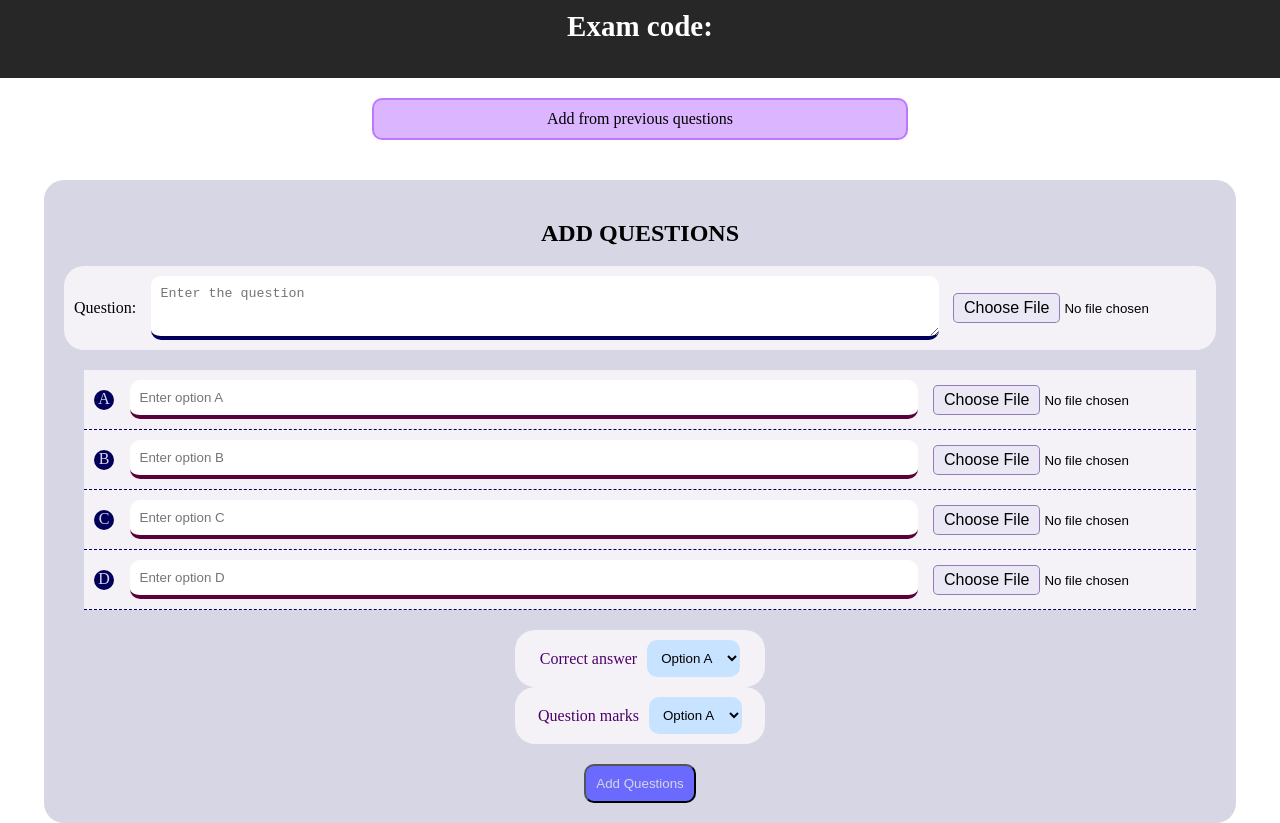
Repository: Buddhadip/ExamPortalApp_struts
Page: http://localhost/ExamWizard/WEB-INF/views/addQuestions.jsp
These files come from the project's save history. The page is drawn as it stood at one moment and after the next save; the edit follows.
The browser window is 1280 px wide. The pictures show the whole page.
The page is served by Tomcat 9. Nobody is signed in. Other server files are loaded and not shown. The template is opened directly, without the code that normally fills it, so the values that code supplies are empty.

Above is the page before, as saved 2023-07-19 10:45:59.

### ExamWizard/src/main/webapp/WEB-INF/views/addQuestions.jsp
<%@ page language="java" contentType="text/html; charset=ISO-8859-1"
    pageEncoding="ISO-8859-1"%>
<!DOCTYPE html>
<html>
<head>
<meta charset="ISO-8859-1">
<title>Add Questions</title>
<link rel="stylesheet" href="public/styles/addQuestions.css" />
</head>
<body>
    <div id="header">Exam code:  ${eid} </div>
    <div class="more-qs">
      <a href="./allQuestions">Add from previous questions</a>
    </div>
    <div>
      <form id="mcq-form">
        <input

              type="text"
              id="option-a-image"
              name="eid"
              value= "${eid}"
              style="display:none;"
            />
        <div class="question-container">
          <h2 style="text-align: center">ADD QUESTIONS</h2>
          <div class="question-section">
            <label for="question1">Question:</label>
            <textarea
              type="text"
              id="question1"
              name="q-text"
              placeholder="Enter the question"
              oninput="autoResizeTextarea(this)"
              required
            ></textarea>
            <input
              class="file-input"
              type="file"
              id="option-a-image"
              name="q-image"
              onchange="handleFileInputChange(this)"
            />
            <!-- <img id="preview-image" class="preview-image" src="" alt="Preview Image" /> -->
          </div>

          <div class="option-section">
            <div class="option">
              <label for="option-a">
              	<div class="round-option">A</div>
              </label>
              <input
                type="text"
                class="option-input"
                id="option-a-text"
                name="option-a-text"
                placeholder="Enter option A"
                required
              />
              <input
                class="file-input"
                type="file"
                id="option-a-image"
                name="option-a-image"
                onchange="handleFileInputChange(this)"
              />
            </div>

            <div class="option">
              <label for="option-b"><div class="round-option">B</div></label>
              <input
                type="text"
                class="option-input"
                id="option-b-text"
                name="option-b-text"
                placeholder="Enter option B"
                required
              />
              <input
                class="file-input"
                type="file"
                id="option-b-image"
                name="option-b-image"
                onchange="handleFileInputChange(this)"
              />
            </div>

            <div class="option">
              <label for="option-c"><div class="round-option">C</div></label>
              <input
                type="text"
                class="option-input"
                id="option-c-text"
                name="option-c-text"
                placeholder="Enter option C"
                required
              />
              <input
                class="file-input"
                type="file"
                id="option-c-image"
                name="option-c-image"
                onchange="handleFileInputChange(this)"
              />
            </div>

            <div class="option">
              <label for="option-d"><div class="round-option">D</div></label>
              <input
                type="text"
                class="option-input"
                id="option-d-text"
                name="option-d-text"
                placeholder="Enter option D"
                required
              />
              <input
                class="file-input"
                type="file"
                id="option-d-image"
                name="option-d-image"
                onchange="handleFileInputChange(this)"
              />
            </div>
          </div>
          <div class="correct-option">
            <label for="answer">Correct answer</label>
            <select class="custom-select" name="answer" id="answer">
              <option value="a">Option A</option>
              <option value="b">Option B</option>
              <option value="c">Option C</option>
              <option value="d">Option D</option>
            </select>
          </div>
          <div class="correct-option">
            <label for="answer">Question marks</label>
            <select class="custom-select" name="marks" id="answer">
              <option value="a">Option A</option>
              <option value="b">Option B</option>
              <option value="c">Option C</option>
              <option value="d">Option D</option>
            </select>
          </div>
          <div style="display: flex; justify-content: center; margin-top: 20px">
            <button class="add-qs-button" type="submit" class="submit-btn">
              Add Questions
            </button>
          </div>
        </div>
      </form>
    </div>
</body>
</html>

### ExamWizard/src/main/webapp/public/styles/addQuestions.css
@charset "ISO-8859-1";
body{
    margin: 0;
    padding: 0;
}

#header {
  background-color: #272727;
  height: 8vh;
  color: #fff;
  padding: 10px;
  text-align: center;
  font-size: 29px;
  font-weight: bold;
}
.question {
  background-color: #e6e6ef;
  margin-top: 20px;
  border-radius: 20px;
  padding: 20px;
}

.question label {
  display: flex;
  cursor: pointer;
  font-weight: 500;
  position: relative;
  overflow: hidden;
  margin-bottom: 0.375em;
}
.question label input {
  position: absolute;
  left: -9999px;
}
.question label input:checked + span {
  background-color: #d6d6e5;
}
.question label input:checked + span:before {
  box-shadow: inset 0 0 0 0.4375em #00005c;
}
.question label span {
  display: flex;
  align-items: center;
  padding: 0.375em 0.75em 0.375em 0.375em;
  border-radius: 99em;
  transition: 0.25s ease;
}
.question label span:hover {
  background-color: #d6d6e5;
}
.question label span:before {
  display: flex;
  flex-shrink: 0;
  content: "";
  background-color: #fff;
  width: 1.5em;
  height: 1.5em;
  border-radius: 50%;
  margin-right: 0.375em;
  transition: 0.25s ease;
  box-shadow: inset 0 0 0 0.125em #00005c;
}
.change-button2{
    cursor: pointer;
    margin: 5px;
    padding: 10px;
    border-radius: 10px;
  }

  #delete-button{
    background-color: #d50004;
    color: #ffffff;
    margin: auto;
  }
  .button-section{
    display: flex;
    justify-content: center;
    align-items: center;
    height: 80px;
  }

  #prev_problems{

    background-color: #f2f1f1;
    width: 90vw;
    margin: auto;
    border-radius: 20px;
    padding: 20px;
    margin-top: 40px;
  }
  .question-container {
    margin-bottom: 20px;
    background-color: #d6d6e5;
    width: 90vw;
    padding: 20px;
    border-radius: 20px;
    margin: auto;
    margin-top: 40px;
  }

    .question-container h3{
        margin-bottom: 20px;
    }

    .question-section{
        display: flex;
        justify-content: space-between;
        align-items: center;
        background-color: #fffdfdbb;
        border-radius: 20px;
        padding:10px;
    }

    textarea{
        width: 60vw;
        min-height: 40px;
        resize: vertical;
        border-radius: 10px;
        padding: 10px;
        border: none;
        border-bottom: #00005c 4px solid;
        overflow: hidden;
    }

    .option-input{
        width: 60vw;
        min-height: 15px;
        resize: vertical;
        border-radius: 10px;
        padding: 10px;
        border: none;
        border-bottom: #5c003a 4px solid;
        overflow: hidden;
    }

    .file-input::file-selector-button  {
        background-color: #0000e00a;
        padding: 5px 10px;
        font-size: 16px;
        border:  1px solid #32006f78;
        border-radius: 5px;
    }
    .round-option{
      display:inline-block;
      width:20px;
      height:20px;
      border-radius: 50%;
      background-color: #00005c;
      color: #d6d6e5;
      text-align: center;
    }

    .option{
      display: flex;
      justify-content: space-between;
      align-items: center;
      background-color: #fffdfdbb;
      padding: 10px;
      border-bottom: 1px dashed #00005c;
    }

    .option-section{
      margin: 20px;
    }

    .correct-option{
      background-color: #fffdfdbb;
      color: #4d006a;
      margin: 20px;
      padding: 10px;
      display: flex;
      justify-content: center;
      align-items: center;
      width: 20%;
      margin: auto;
      border-radius: 20px;
    }
    .custom-select {
      position: relative;
      font-family: Arial;
      background-color: rgb(200, 227, 255);
      padding: 10px;
      border:none;
      border-radius: 10px;
      margin-left: 10px;
    }

    .add-qs-button{
      background-color: #6a6aff;
      color: #d6d6e5;
      padding: 10px;
      border-radius: 10px;
      cursor: pointer;
      margin: auto;
    }


    .more-qs{
      width: 40%;
      margin: auto;
      background-color: rgba(188, 116, 255, 0.533);
      border: 2px solid rgba(188, 116, 255, 0.933);
      color: black;
      padding: 10px;
      border-radius: 10px;
      text-align: center;
      margin-top: 20px;
      cursor: pointer;
    }

    .more-qs:hover{
      background-color: rgba(188, 116, 255, 0.733);
      color: #ffffff;
    }

    .more-qs a{
      text-decoration: none;
      color: inherit;
    }

After the next save:
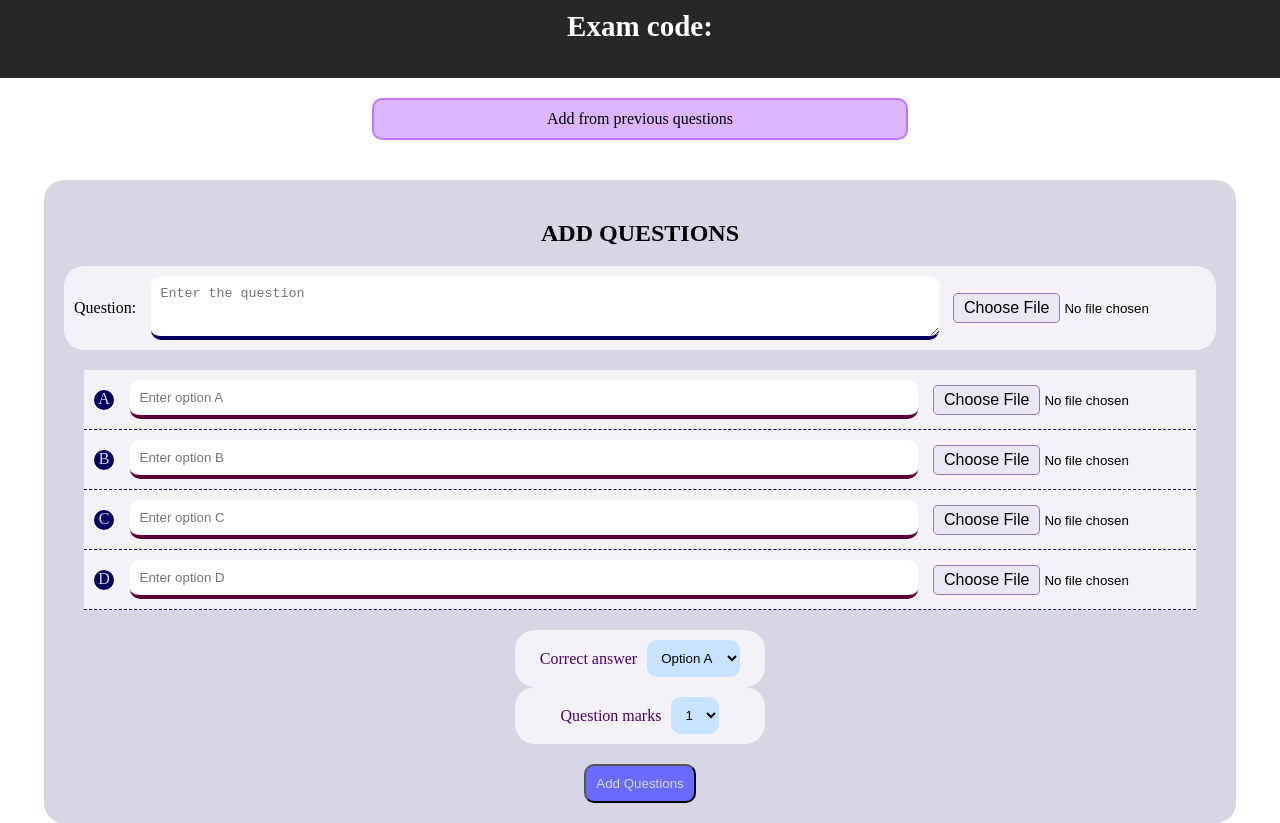
Saved 30 s later.
--- a/ExamWizard/src/main/webapp/WEB-INF/views/addQuestions.jsp
+++ b/ExamWizard/src/main/webapp/WEB-INF/views/addQuestions.jsp
@@ -135,10 +135,11 @@
           <div class="correct-option">
             <label for="answer">Question marks</label>
             <select class="custom-select" name="marks" id="answer">
-              <option value="a">Option A</option>
-              <option value="b">Option B</option>
-              <option value="c">Option C</option>
-              <option value="d">Option D</option>
+              <option value="a">1</option>
+              <option value="b">2</option>
+              <option value="c">3</option>
+              <option value="d">4</option>
+              <option value="d">5</option>
             </select>
           </div>
           <div style="display: flex; justify-content: center; margin-top: 20px">
